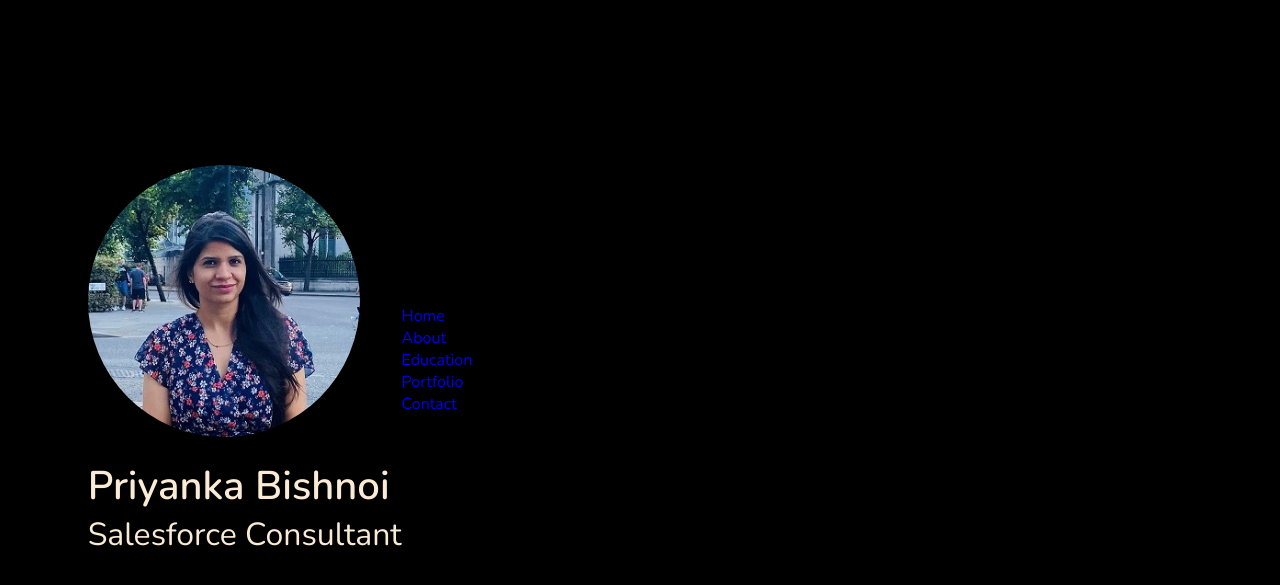
Repository: priyanka-bishnoi/PortfolioPage
Page: MyPage.html
These files come from the project's save history. The page is drawn as it stood at one moment and after the next save; the edit follows.
The browser window is 1280 px wide. The pictures show the whole page.

Above is the page before, as saved 2022-10-07 14:53:14.

After the next save:
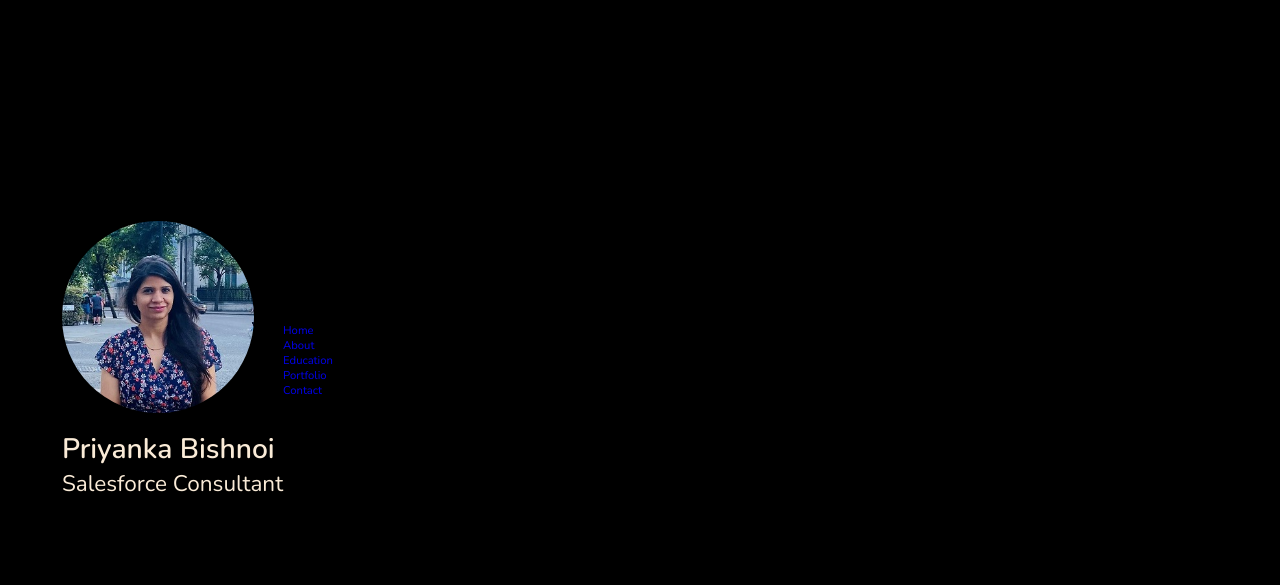
Saved 85 min 2 s later.
--- a/css/style.css
+++ b/css/style.css
@@ -9,7 +9,7 @@
     transition:all .2s linear;
 }
 html {
-    //font-size:70.5%;
+    font-size:70.5%;
     overflow-x:hidden;
 }
 body {
